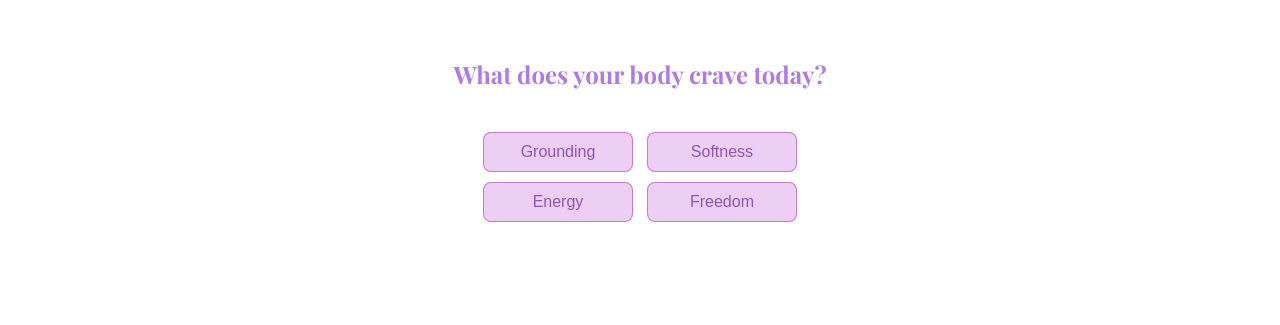
Repository: karim0829/Bella-Oter-Project
Page: index.html
These files come from the project's save history. The page is drawn as it stood at one moment and after the next save; the edit follows.
The browser window is 1280 px wide. The pictures show the whole page.
Some web fonts or font styles are not loaded; a fallback is used.

Above is the page before, as saved 2025-06-30 21:26:11.

After the next save:
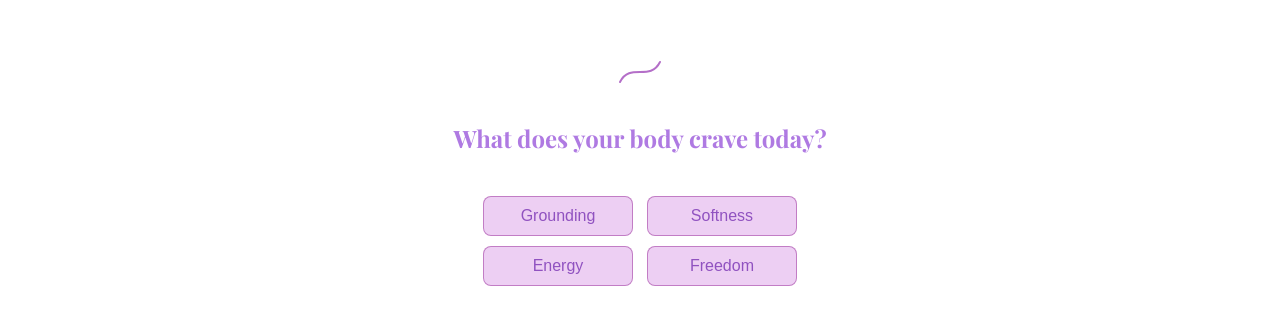
Saved 10 min 29 s later.
--- a/index.html
+++ b/index.html
@@ -30,6 +30,10 @@
     <form>
          <br>
          <br>
+         <svg width="60" height="60" viewBox="0 0 60 60" fill="none" xmlns="http://www.w3.org/2000/svg">
+  <path d="M10 40C20 20 40 40 50 20" stroke="#B46FC8" stroke-width="2" stroke-linecap="round" stroke-linejoin="round"/>
+</svg>
+
         <label><h1>What does your body crave today?</h1></label><br>
         <button type = 'submit' id = 'grounding' name='grounding'>Grounding</button>
         <button type = 'submit' id = 'softness' name='softness'>Softness</button><br>
